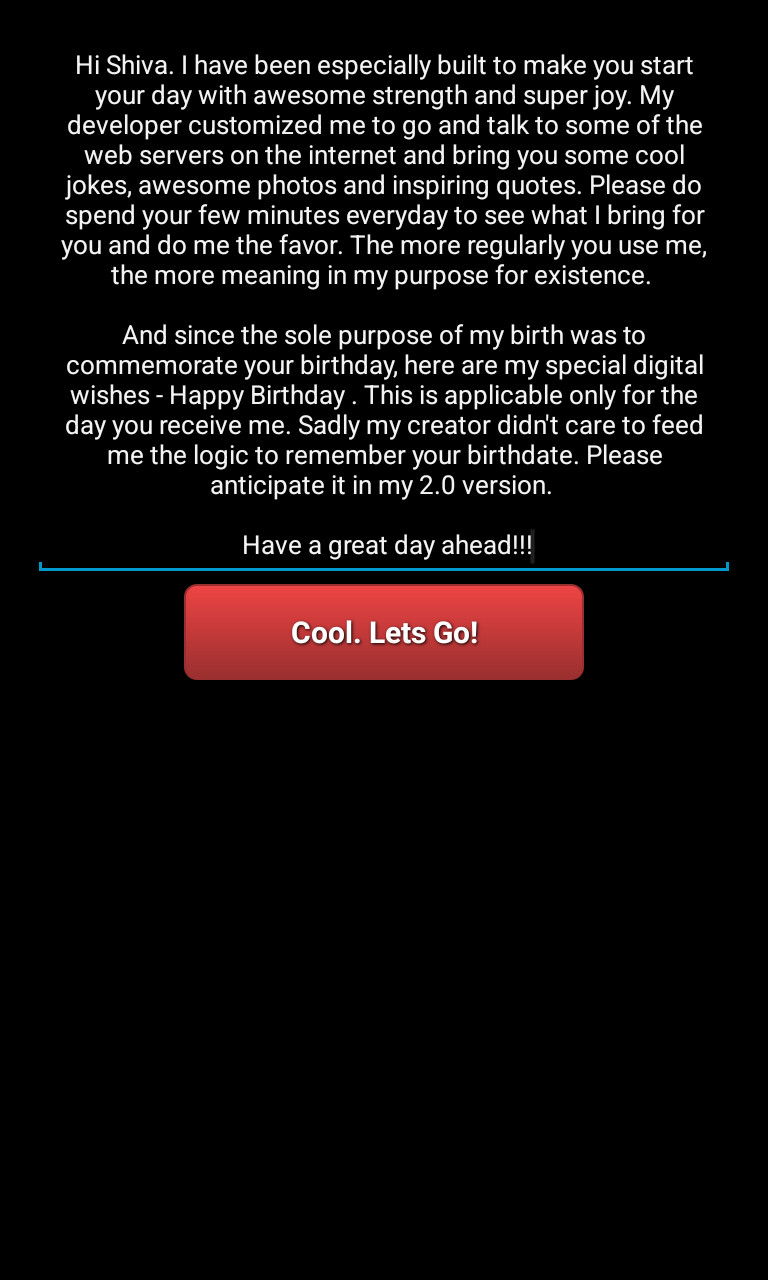
Repository: gitvas/FewMinutesEveryday
Layout: WorkspaceOne/FewMinutesEveryday/res/layout/activity_start.xml
These files come from the project's save history. The layout is drawn as it stood at one moment and after the next save; the edit follows.
It is drawn on a 768 x 1280 px phone screen (xhdpi) without system bars, with theme android:Theme.Holo; the app's code is not run.

Above is the layout before, as saved 2014-08-24 06:03:55.

### WorkspaceOne/FewMinutesEveryday/res/layout/activity_start.xml
<?xml version="1.0" encoding="utf-8"?>
<RelativeLayout xmlns:android="http://schemas.android.com/apk/res/android"
    xmlns:tools="http://schemas.android.com/tools"
    android:layout_width="match_parent"
    android:layout_height="match_parent"
    android:paddingBottom="@dimen/activity_vertical_margin"
    android:paddingLeft="@dimen/activity_horizontal_margin"
    android:paddingRight="@dimen/activity_horizontal_margin"
    android:paddingTop="@dimen/activity_vertical_margin"
    tools:context="com.sreenivas.fewminuteseveryday.MainActivity" >

    <EditText
        android:id="@+id/editText1"
        android:layout_width="fill_parent"
        android:layout_height="wrap_content"
        android:layout_centerHorizontal="true"
        android:ems="10"
        android:gravity="center"
        android:inputType="none"
        android:focusable="false"
        android:text="@string/intro_text"
        android:textSize="13sp">
        <requestFocus />
    </EditText>

    <Button
        android:id="@+id/btnContinue"
        android:layout_width="200dp"
        android:layout_height="wrap_content"
        android:layout_below="@+id/editText1"
        android:layout_centerHorizontal="true"
        android:text="Cool. Lets Go!"
        android:background="@drawable/red_button"
        style ="@style/button_text" />
</RelativeLayout>

### WorkspaceOne/FewMinutesEveryday/res/values/strings.xml
<?xml version="1.0" encoding="utf-8"?>
<resources>

    <string name="app_name">FewMinutesEveryday</string>
    <string name="action_settings">Settings</string>
    <string name="intro_text">Hi Shiva. I have been especially built to make you start your day with awesome strength and super joy. My developer customized me to go and talk to some of the web servers on the internet and bring you some cool jokes, awesome photos and inspiring quotes. Please do spend your few minutes everyday to see what I bring for you and do me the favor. The more regularly you use me, the more meaning in my purpose for existence. \n\nAnd since the sole purpose of my birth was to commemorate your birthday, here are my special digital wishes - Happy Birthday . This is applicable only for the day you receive me. Sadly my creator didn\'t care to feed me the logic to remember your birthdate. Please anticipate it in my 2.0 version. \n\n Have a great day ahead!!!</string>
    <string name="title_activity_main">MainActivity</string>
    <string name="title_section1">Calvin and Hobbes</string>
    <string name="title_section2">Dilbert</string>
    <string name="title_section3">Section 3</string>

</resources>

### WorkspaceOne/FewMinutesEveryday/res/drawable-hdpi/red_button.xml
<?xml version="1.0" encoding="utf-8" ?>
<selector xmlns:android="http://schemas.android.com/apk/res/android">
  <item android:state_pressed="true" >
    <shape>
      <solid
          android:color="#ef4444" />
      <stroke
          android:width="1dp"
          android:color="#992f2f" />
      <corners
          android:radius="6dp" />
      <padding
          android:left="10dp"
          android:top="10dp"
          android:right="10dp"
          android:bottom="10dp" />
    </shape>
  </item>
  <item>
    <shape>
      <gradient
          android:startColor="#ef4444"
          android:endColor="#992f2f"
          android:angle="270" />
      <stroke
          android:width="1dp"
          android:color="#992f2f" />
      <corners
          android:radius="6dp" />
      <padding
          android:left="10dp"
          android:top="10dp"
          android:right="10dp"
          android:bottom="10dp" />
    </shape>
  </item>
</selector>

Loaded but not shown: WorkspaceOne/FewMinutesEveryday/res/values/dimens.xml (common file); WorkspaceOne/FewMinutesEveryday/res/values-w820dp/dimens.xml (common file); WorkspaceOne/FewMinutesEveryday/res/values/styles.xml (common file)

After the next save:
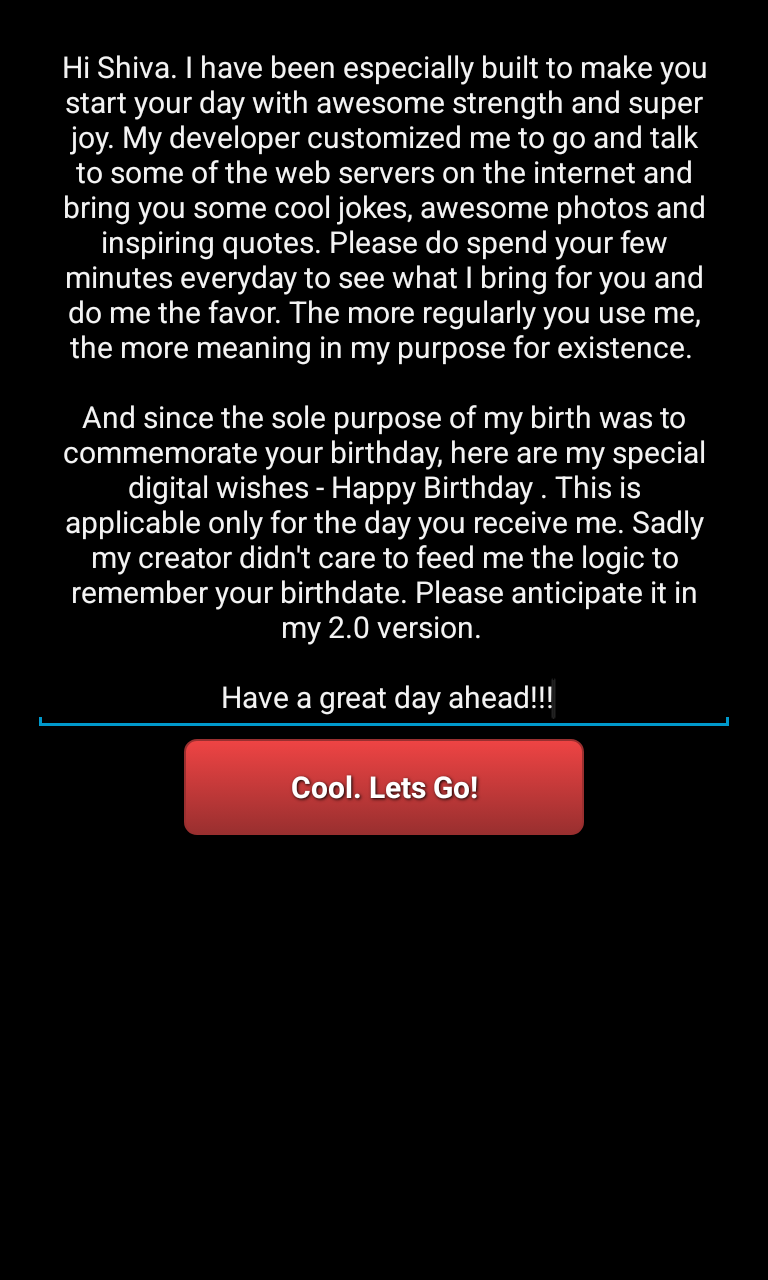
Saved 3 min 11 s later.
--- a/WorkspaceOne/FewMinutesEveryday/res/layout/activity_start.xml
+++ b/WorkspaceOne/FewMinutesEveryday/res/layout/activity_start.xml
@@ -19,7 +19,7 @@
         android:inputType="none"
         android:focusable="false"
         android:text="@string/intro_text"
-        android:textSize="13sp">
+        android:textSize="15dp">
         <requestFocus />
     </EditText>
 
